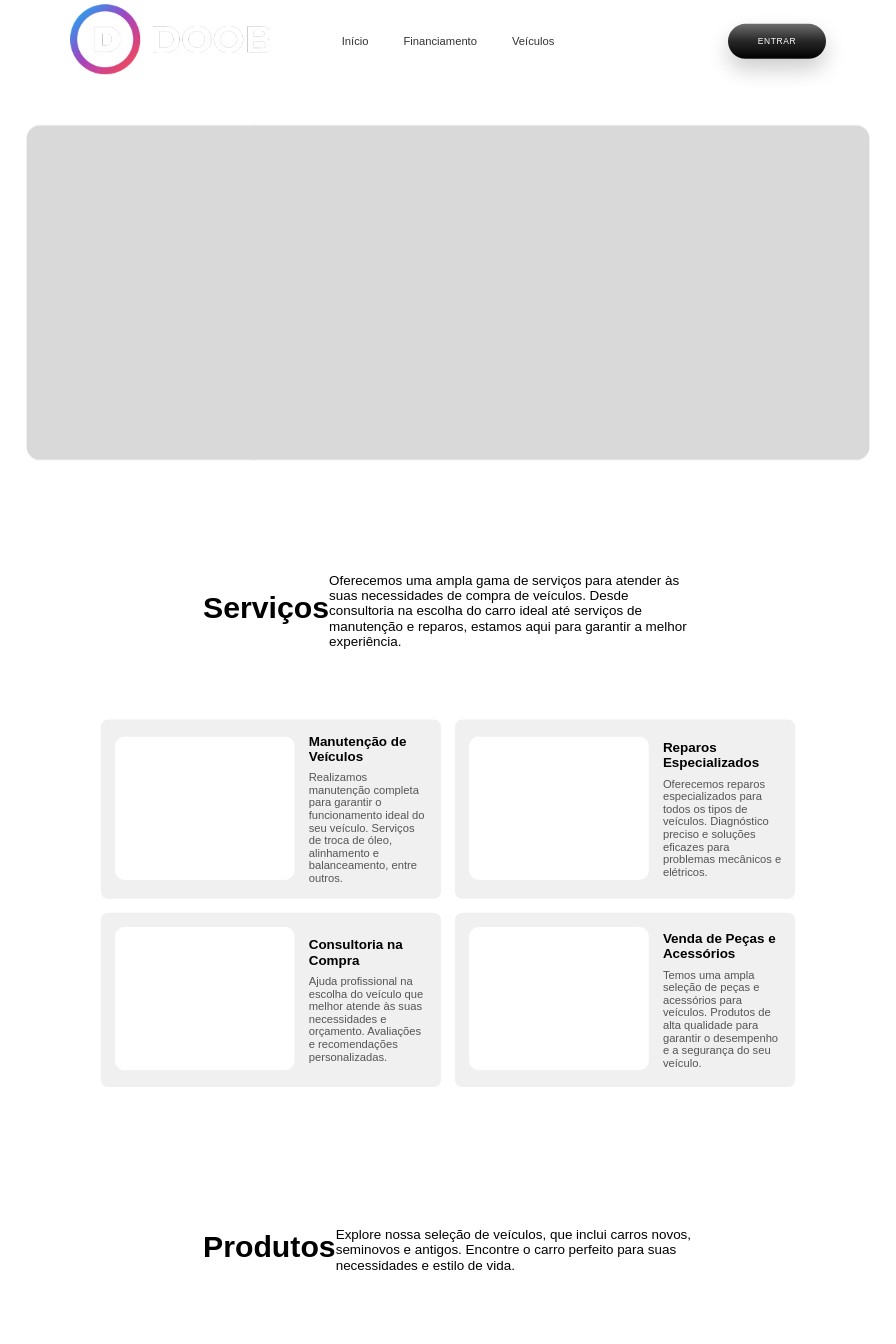
Repository: Matheus904-12/Reforma
Page: index.html
The author's editor kept a copy of each file at every save. The page is drawn from the files as they stood at one save, then again after the next save.
The browser window is 1280 px wide. The pictures show the part of the page from y = 0 to 1920 px (the page is 4195 px tall), at 70% of full size.
Some web libraries are served in a nearby version.

Above is the page before, as saved 2024-08-05 19:57:25.
Console error (its wording comes from the project's code and is left out).

After the next save:
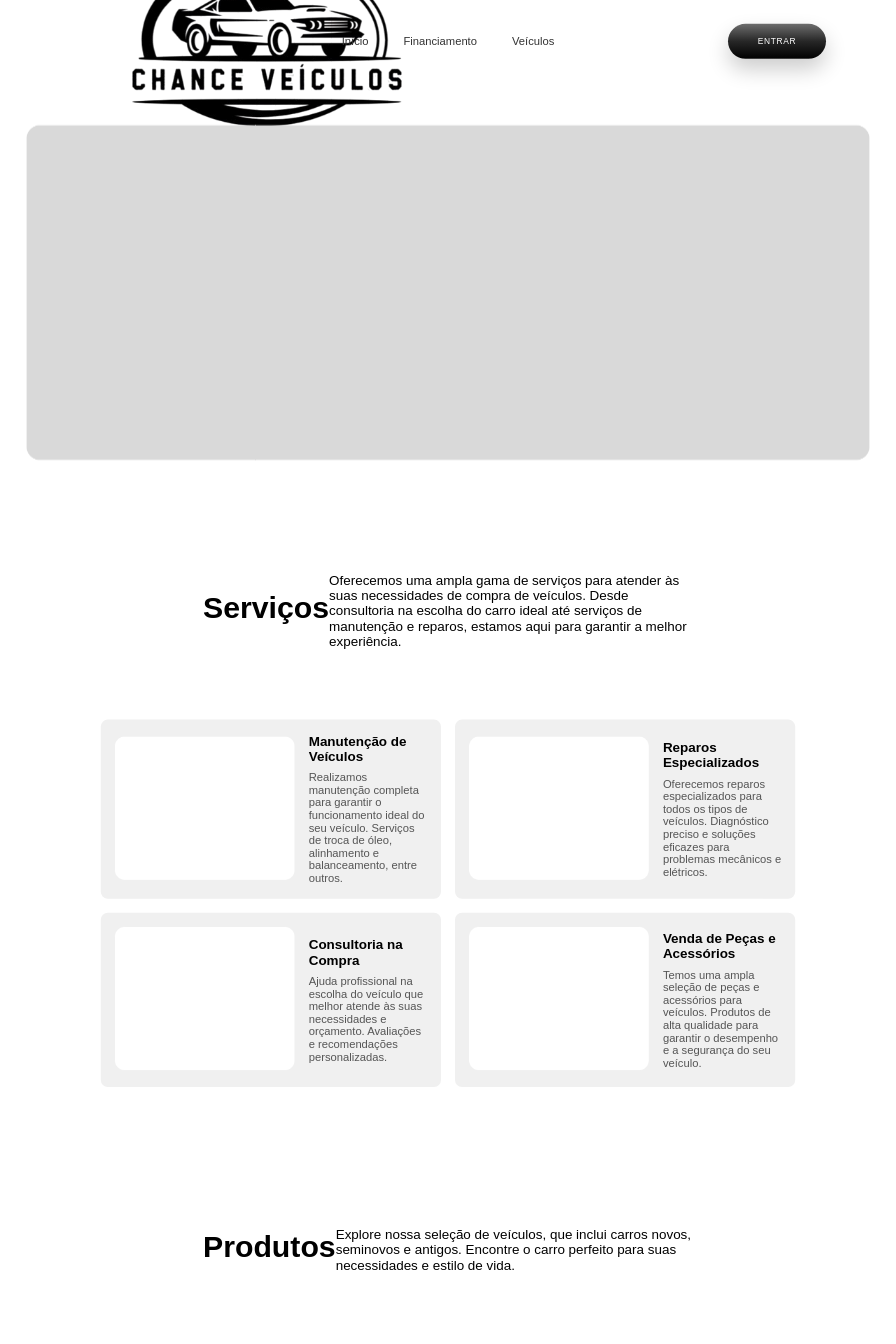
Saved 11 s later.
--- a/index.html
+++ b/index.html
@@ -17,7 +17,7 @@
     <header>
         <div class="navbar">
             <div class="logo">
-                <img src="imagens/logo.png" alt="Logo da AutMobil">
+                <img src="imagens/dark.png" alt="Logo da AutMobil">
             </div>
             <nav class="nav-links">
                 <a href="index.html">Início</a>
